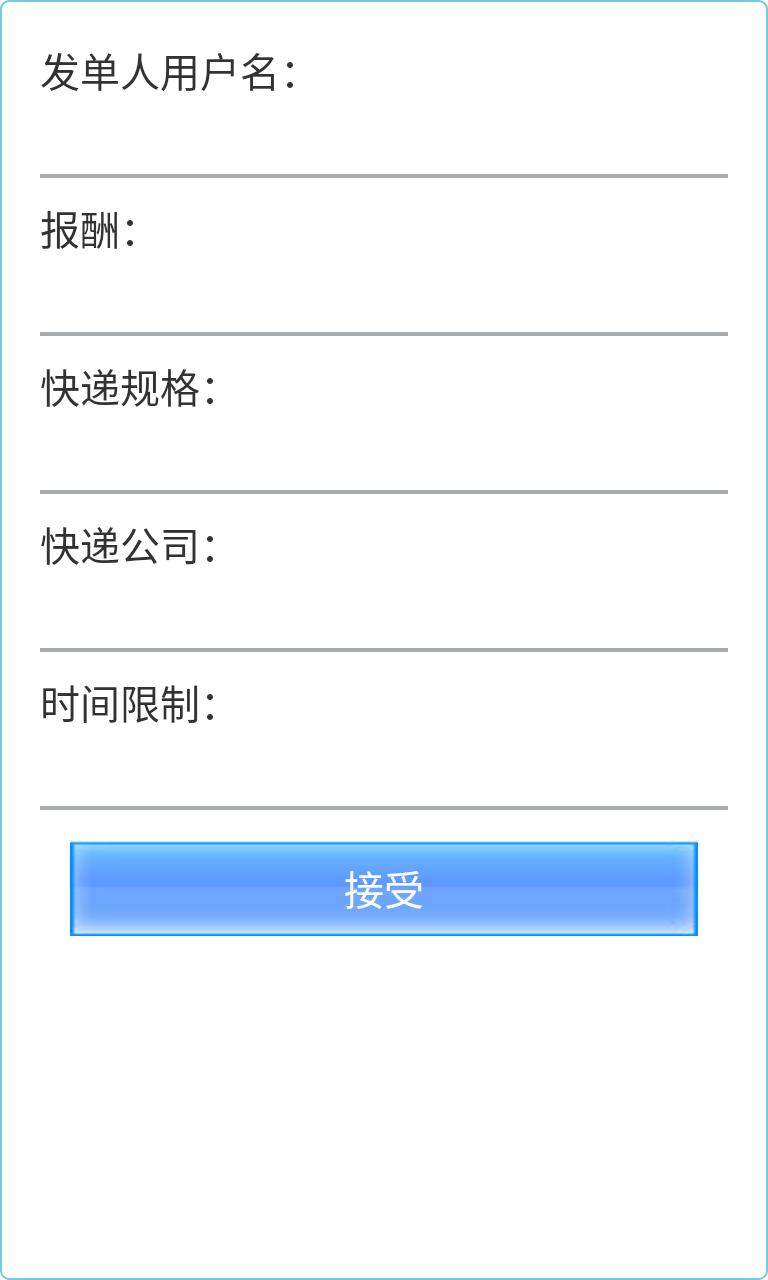
Repository: fariashen/campus-express
Layout: easyCourier/res/layout/activity_requestdetail.xml
The author's editor kept a copy of each file at every save. The layout is drawn from the files as they stood at one save, then again after the next save.
It is drawn on a 768 x 1280 px phone screen (xhdpi) without system bars, with theme AppTheme; the app's code is not run.

Above is the layout before, as saved 2016-04-25 07:59:24.

After the next save:
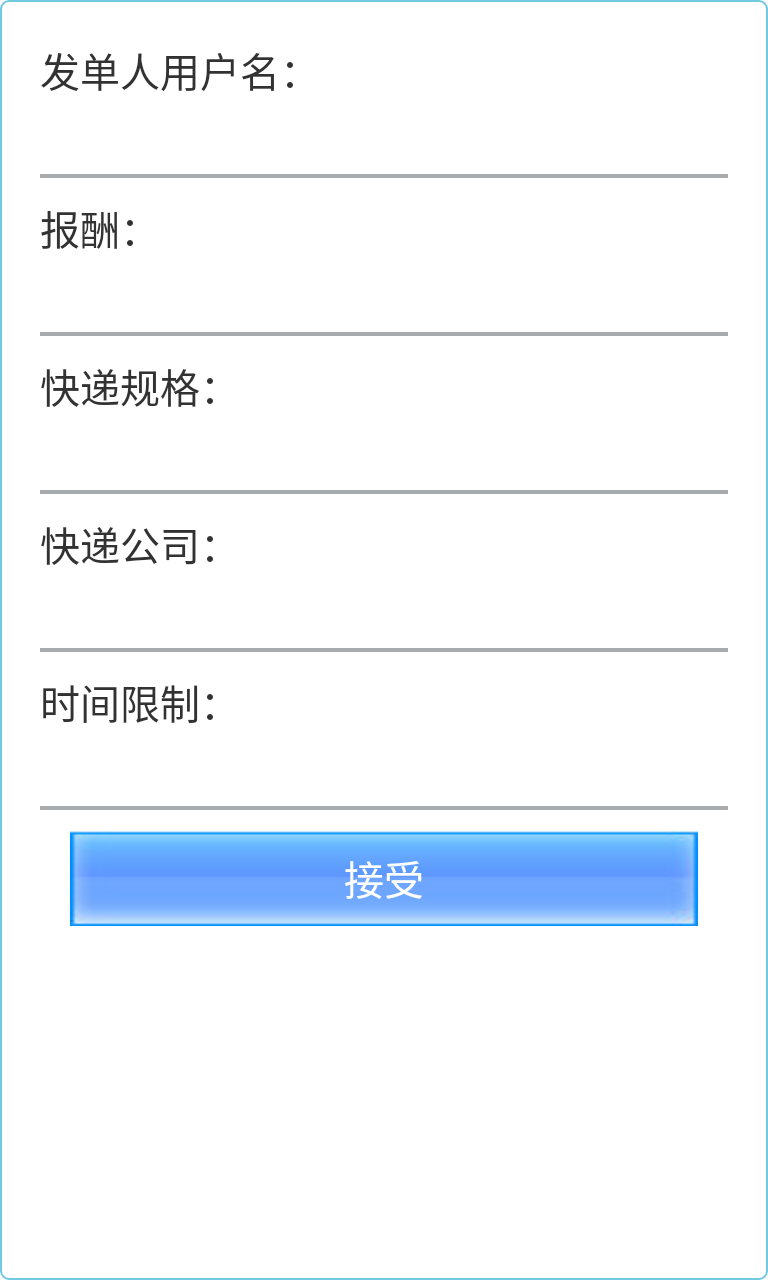
Saved 39 s later.
--- a/easyCourier/res/layout/activity_requestdetail.xml
+++ b/easyCourier/res/layout/activity_requestdetail.xml
@@ -101,7 +101,6 @@
                 android:layout_gravity="bottom"
                 android:layout_marginLeft="15.0dip"
                 android:layout_marginRight="15.0dip"
-                android:layout_marginTop="5dp"
                 android:background="@drawable/anniu"
                 android:gravity="center"
                 android:text="接受"
